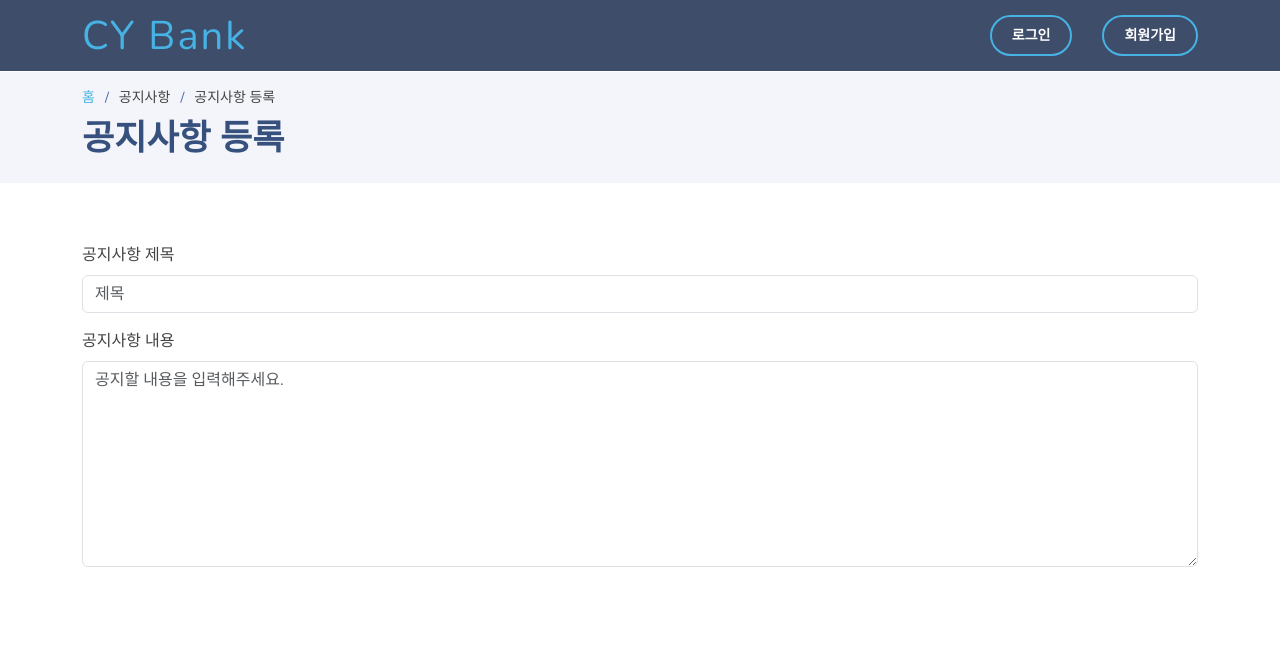
Repository: scy0814/Spring
Page: http://localhost/CYBank/jsp/notice/InsertNotice.jsp
The author's editor kept a copy of each file at every save. The page is drawn from the files as they stood at one save, then again after the next save.
The browser window is 1280 px wide. The pictures show the whole page.
The page is served by Tomcat 9. Other server files are loaded and not shown.

Above is the page before, as saved 2023-06-30 11:31:44.

### CYBank/src/main/webapp/jsp/notice/InsertNotice.jsp
<%@ page language="java" contentType="text/html; charset=UTF-8"
    pageEncoding="UTF-8"%>
<!DOCTYPE html>
<html>
<head>
<meta charset="UTF-8">
<title>Insert title here</title>
</head>
<header>
<jsp:include page="/jsp/include/header.jsp" />
</header>
<body>
<section id="breadcrumbs" class="breadcrumbs">
  <div class="container">
    <ol>
      <li><a href="/index.jsp">홈</a></li>
      <li>공지사항</li>
      <li>공지사항 등록</li>
    </ol>
    <h2 style="font-size: 35px;">공지사항 등록</h2>
  </div>
</section><!-- End Breadcrumbs -->
  <section class="inner-page">
    <div class="container">

    <div class="mb-3">
  <label for="exampleFormControlInput1" class="form-label">공지사항 제목</label>
  <input type="email" class="form-control" id="exampleFormControlInput1" placeholder="제목">
</div>
<div class="mb-3">
  <label for="exampleFormControlTextarea1" class="form-label">공지사항 내용</label>
  <textarea class="form-control" id="exampleFormControlTextarea1" rows="8" placeholder="공지할 내용을 입력해주세요."></textarea>
</div>
    </div>
    </section>
</body>
</html>

### CYBank/src/main/webapp/jsp/include/header.jsp
<%@ page language="java" contentType="text/html; charset=UTF-8"
    pageEncoding="UTF-8"%>
    <%@ taglib prefix="c" uri="http://java.sun.com/jsp/jstl/core"%>
<!DOCTYPE html>
<html>
<head>
<meta charset="UTF-8">
 <!-- Favicons -->
  <link href="assets/img/favicon.png" rel="icon">
  <link href="assets/img/apple-touch-icon.png" rel="apple-touch-icon">


  <!-- Google Fonts -->
  <link href="https://fonts.googleapis.com/css?family=Open+Sans:300,300i,400,400i,600,600i,700,700i|Nunito:300,300i,400,400i,600,600i,700,700i|Poppins:300,300i,400,400i,500,500i,600,600i,700,700i" rel="stylesheet">

  <!-- Vendor CSS Files -->
  <link href="/CYBank/css/vendor/aos/aos.css" rel="stylesheet">
  <link href="/CYBank/css/vendor/bootstrap/css/bootstrap.min.css" rel="stylesheet">
  <link href="/CYBank/css/vendor/bootstrap-icons/bootstrap-icons.css" rel="stylesheet">
  <link href="/CYBank/css/vendor/glightbox/css/glightbox.min.css" rel="stylesheet">
  <link href="/CYBank/css/vendor/remixicon/remixicon.css" rel="stylesheet">
  <link href="/CYBank/css/vendor/swiper/swiper-bundle.min.css" rel="stylesheet">

  <!-- Template Main CSS File -->
  <link href="/CYBank/css/css/style.css" rel="stylesheet">
  <style>
  .fixed-top {
    position: fixed;
    z-index: 1030;
    background: #283a5ae6;
    top: 0;
    right: 0;
    left: 0;
}
  </style>

<title>Insert title here</title>
</head>
<body>
<!-- ======= Header ======= -->
  <header id="header" class="header fixed-top">
    <div class="container-fluid container-xl d-flex align-items-center justify-content-between">

      <a href="index.jsp" class="logo d-flex align-items-center">
        <span class="cybank">CY Bank</span>
      </a>
		<c:set var="isLogin" value="${empty user }" />
      <nav id="navbar" class="navbar">
        <ul>
        <c:if test="${not empty user && user.id ne 'admin'}">
          <li><a class="nav-link scrollto active" href="index.jsp">홈</a></li>
          <li><a class="nav-link scrollto" href="${pageContext.request.contextPath }/noticeList.do">공지사항</a></li>
          <li><a class="nav-link scrollto" href="#about">오픈뱅킹</a></li>
           <li class="dropdown"><a href="${pageContext.request.contextPath }/account.do"><span>계좌</span> <i class="bi bi-chevron-down"></i></a>
            <ul>
              <li><a href="${pageContext.request.contextPath}/account.do">나의 계좌</a></li>
              <li><a href="${pageContext.request.contextPath}/createAccount.do">계좌 개설</a></li>
              <li><a href="${pageContext.request.contextPath}/transactionHistory.do">입출금 내역</a></li>
              <li><a href="${pageContext.request.contextPath}/closeAccount.do">계좌 해지</a></li>
            </ul>
          </li>
          <li><a class="nav-link scrollto" href="${pageContext.request.contextPath }/myPage.do">마이페이지</a></li>
          <li><a class="nav-link scrollto" href="${pageContext.request.contextPath }/customerCenter.do">고객센터</a></li>
          <li><a class="nav-link scrollto" href="${pageContext.request.contextPath }/logout.do">로그아웃</a></li>
          </c:if>

		<c:if test="${user.id eq 'admin'}">
		<li class="dropdown"><a href="${pageContext.request.contextPath }/account.do"><span>상품관리</span> <i class="bi bi-chevron-down"></i></a>
            <ul>
              <li><a href="${pageContext.request.contextPath}/account.do">상품등록</a></li>
              <li><a href="${pageContext.request.contextPath}/createAccount.do">상품수정</a></li>
              <li><a href="${pageContext.request.contextPath}/transactionHistory.do">상품삭제</a></li>
            </ul>
          </li>
          <li class="dropdown"><a href="${pageContext.request.contextPath }/account.do"><span>회원관리</span> <i class="bi bi-chevron-down"></i></a>
            <ul>
              <li><a href="${pageContext.request.contextPath}/account.do">회원리스트</a></li>
              <li><a href="${pageContext.request.contextPath}/transactionHistory.do">휴면계좌관리</a></li>
            </ul>
          <li><a class="nav-link scrollto" href="${pageContext.request.contextPath }/noticeList.do">공지사항</a></li>
          <li><a class="nav-link scrollto" href="${pageContext.request.contextPath }/customerCenter.do">고객센터</a></li>
          <li><a class="nav-link scrollto" href="${pageContext.request.contextPath }/logout.do">로그아웃</a></li>
		</c:if>
		<c:if test="${empty user}">
          <li><a class="getstarted scrollto" href="${pageContext.request.contextPath }/login.do">로그인</a></li>
          <li><a class="getstarted scrollto" href="${pageContext.request.contextPath }/signup.do">회원가입</a></li>
          </c:if>
        </ul>
        <i class="bi bi-list mobile-nav-toggle"></i>
      </nav><!-- .navbar -->

    </div>
  </header><!-- End Header -->
  <!-- Vendor JS Files -->
  <script src="/CYBank/css/vendor/purecounter/purecounter_vanilla.js"></script>
  <script src="/CYBank/css/vendor/aos/aos.js"></script>
  <script src="/CYBank/css/vendor/bootstrap/js/bootstrap.bundle.min.js"></script>
  <script src="/CYBank/css/vendor/glightbox/js/glightbox.min.js"></script>
  <script src="/CYBank/css/vendor/isotope-layout/isotope.pkgd.min.js"></script>
  <script src="/CYBank/css/vendor/swiper/swiper-bundle.min.js"></script>
  <script src="/CYBank/css/vendor/php-email-form/validate.js"></script>

  <!-- Template Main JS File -->
  <script src="/CYBank/css/js/main.js"></script>

</body>
</html>

Loaded but not shown: CYBank/src/main/webapp/css/js/main.js (258 lines, source omitted); CYBank/src/main/webapp/css/css/style.css (1830 lines, source omitted)

After the next save:
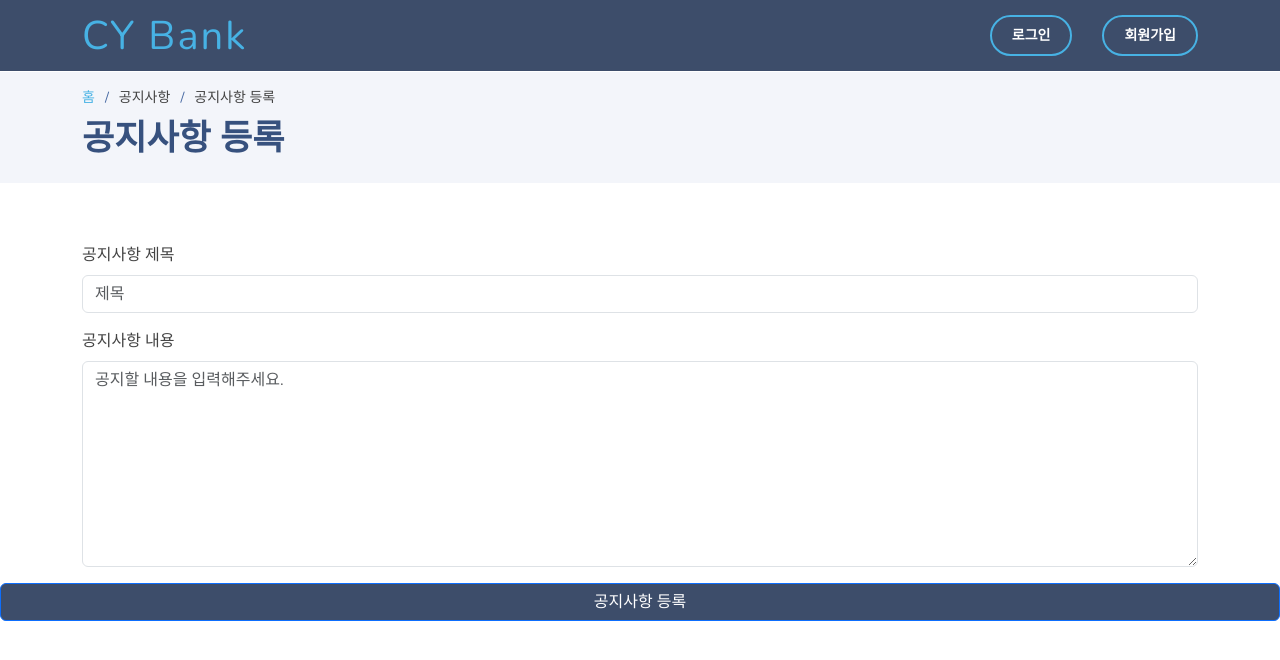
Saved 33 s later.
--- a/CYBank/src/main/webapp/jsp/notice/InsertNotice.jsp
+++ b/CYBank/src/main/webapp/jsp/notice/InsertNotice.jsp
@@ -32,6 +32,11 @@
   <textarea class="form-control" id="exampleFormControlTextarea1" rows="8" placeholder="공지할 내용을 입력해주세요."></textarea>
 </div>
     </div>
+    <form action="${pageContext.request.contextPath }/insertNotice.do" method="post">
+        <div class="d-grid gap-2">
+          <button class="btn btn-primary" type="submit" style="background-color: #283a5ae6;">공지사항 등록</button>
+       			 </div>
+       			 </form>
     </section>
 </body>
 </html>
